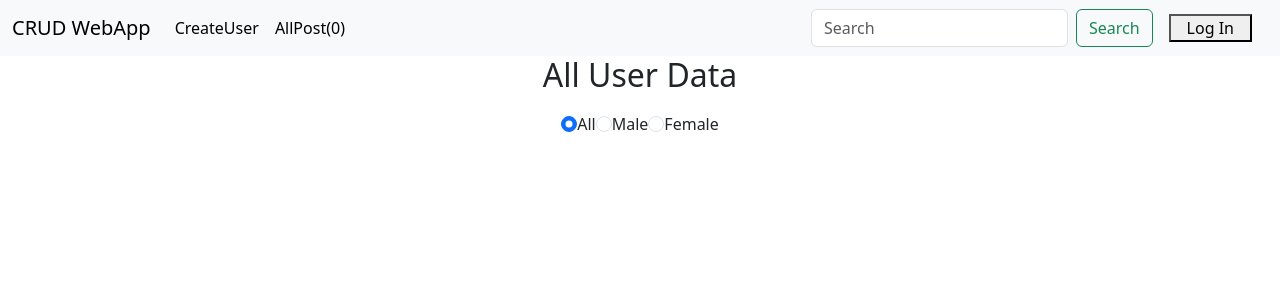
Repository: suraj-yadav7/createpost-redux
Page: /read
The author's editor kept a copy of each file at every save. The page is drawn from the files as they stood at one save, then again after the next save.
The browser window is 1280 px wide. The pictures show the whole page.
The page's requests for data from a server got no answer. The project was rebuilt for these pictures with package versions that can differ from the ones it lists, and the page was loaded fresh each time. No one was signed in, and anything a server would have sent is missing. Also part of the build but not shown: vite.config.js, src/App.css, src/assets/viewuser.css, src/components/ViewUser.jsx, src/components/UpdateUser.jsx, src/components/CreateData.jsx, src/index.css.

Above is the page before, as saved 2023-05-27 00:17:22.

After the next save:
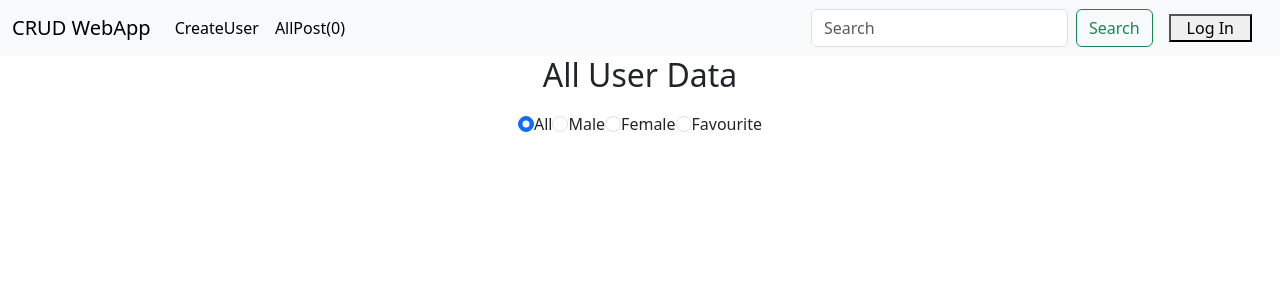
Saved 22 h 22 min later.
--- a/src/components/Read.jsx
+++ b/src/components/Read.jsx
@@ -41,6 +41,8 @@
         <lable className="form-check-label">Male</lable>
         <input className='form-check-input' name="gender" value="female" onChange={(e)=>{setGenderData(e.target.value),dispatch(genderShow(genderData))}} type='radio' checked={genderValue==="female"}/>
         <lable className="form-check-label">Female</lable>
+        <input className='form-check-input' name="gender" value="favourite" onChange={(e)=>{setGenderData(e.target.value),dispatch(genderShow(genderData))}} type='radio' checked={genderValue==="favourite"}/>
+        <lable className="form-check-label">Favourite</lable>
         </div>
         {
              userData && userData.filter((elem)=>{

After the save that followed:
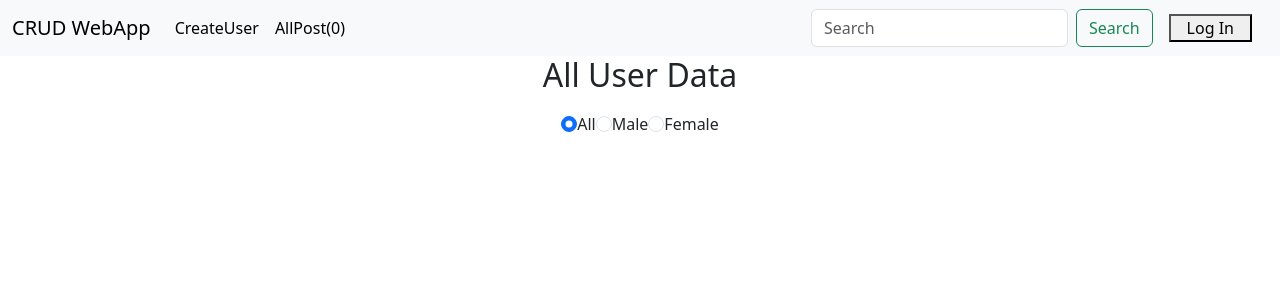
Saved 2 min 36 s later.
--- a/src/components/Read.jsx
+++ b/src/components/Read.jsx
@@ -41,8 +41,7 @@
         <lable className="form-check-label">Male</lable>
         <input className='form-check-input' name="gender" value="female" onChange={(e)=>{setGenderData(e.target.value),dispatch(genderShow(genderData))}} type='radio' checked={genderValue==="female"}/>
         <lable className="form-check-label">Female</lable>
-        <input className='form-check-input' name="gender" value="favourite" onChange={(e)=>{setGenderData(e.target.value),dispatch(genderShow(genderData))}} type='radio' checked={genderValue==="favourite"}/>
-        <lable className="form-check-label">Favourite</lable>
+
         </div>
         {
              userData && userData.filter((elem)=>{
